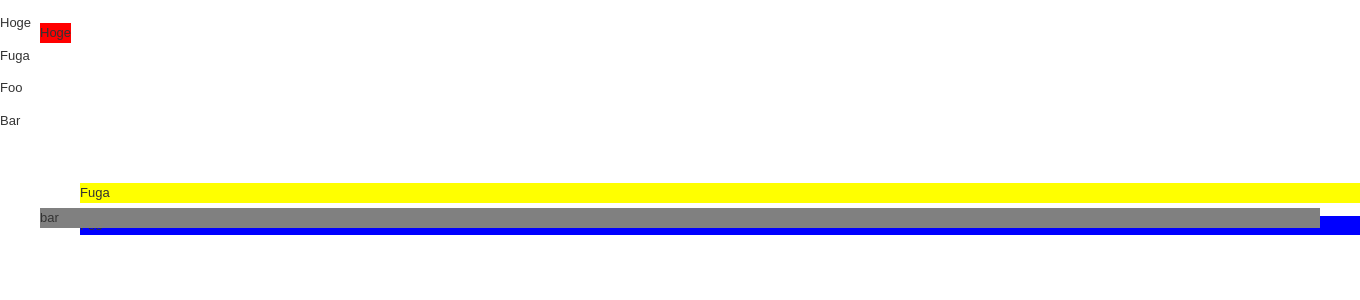
Repository: IzIzKen/samurai_HTML-CSS
Page: HTML CSSを学びWebプログラミングの第一歩を踏み出そう/4章 HTML CSSのコーディングに入る前に/home.html
The author's editor kept a record of every edit. The page is drawn from the files as they stood at one moment, then again after the next edit.
The browser window is 1280 px wide. The page is 1360 px wide, so the pictures cover 1360 px, including what lies to the right of the window. The pictures show the whole page.

Above is the page before.

### HTML CSSを学びWebプログラミングの第一歩を踏み出そう/4章 HTML CSSのコーディングに入る前に/home.html
<!DOCTYPE html>
<html lang="ja">
<head>
    <meta charset="UTF-8">
    <title>HTML/CSSの学習</title>
    <link rel="stylesheet" href="stylesheet.css">
</head>
<body>
    <div id="wrapper">
        <p>Hoge</p>
        <p>Fuga</p>
        <p>Foo</p>
        <p>Bar</p>
        <div id="layout">
            <p id="layout1">Hoge</p>
            <p id="layout2">Fuga</p>
            <p id="layout3">Foo</p>
            <p id="layout4">bar</p>
        </div>
    </div>
</body>
</html>

### HTML CSSを学びWebプログラミングの第一歩を踏み出そう/4章 HTML CSSのコーディングに入る前に/stylesheet.css
@charset "uft-8";

body {
    margin: 0;
    padding: 0;
    font-family: "ヒラギノ角ゴ Pro W3", "Hiragino Kaku Gothic Pro", "メイリオ", Meiryo, Osaka, "MS Pゴシック", "MS PGothic", sans-serif;
    color: #333;
    font-size: 13px;
    line-height: 150%;
}

#wrapper {
    width: 100%;
    margin: auto;
    padding: 0px;
    border: 0px;
    background-color: #FFF;
}

#layout {
    position: relative;
    top: 40px;
    left: 40px;
}

#layout1 {
    position: fixed;
    top: 10px;
    background-color: red;
}

#layout2 {
    position: relative;
    left: 40px;
    background-color: yellow;
}

#layout3 {
    position: relative;
    right: -40px;
    background-color: blue;
}

#layout4 {
    position: relative;
    bottom: 40px;
    background-color: gray;
}

After the next edit:
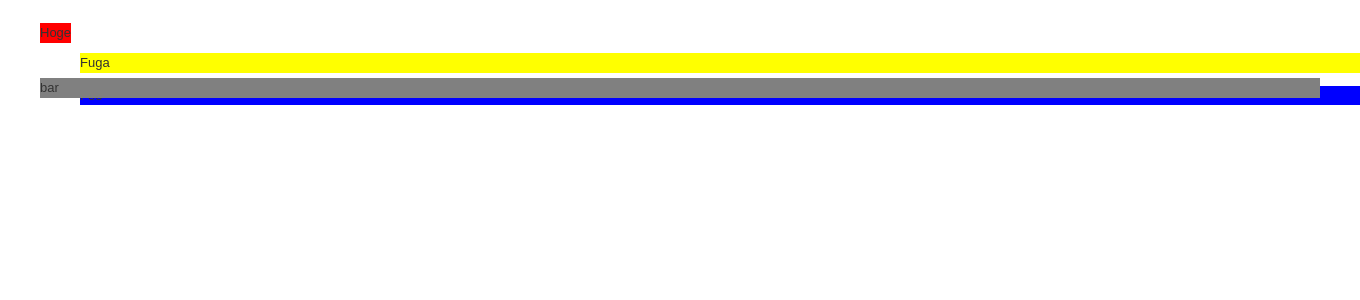
The edit:
--- a/HTML CSSを学びWebプログラミングの第一歩を踏み出そう/4章 HTML CSSのコーディングに入る前に/home.html
+++ b/HTML CSSを学びWebプログラミングの第一歩を踏み出そう/4章 HTML CSSのコーディングに入る前に/home.html
@@ -7,10 +7,6 @@
 </head>
 <body>
     <div id="wrapper">
-        <p>Hoge</p>
-        <p>Fuga</p>
-        <p>Foo</p>
-        <p>Bar</p>
         <div id="layout">
             <p id="layout1">Hoge</p>
             <p id="layout2">Fuga</p>
